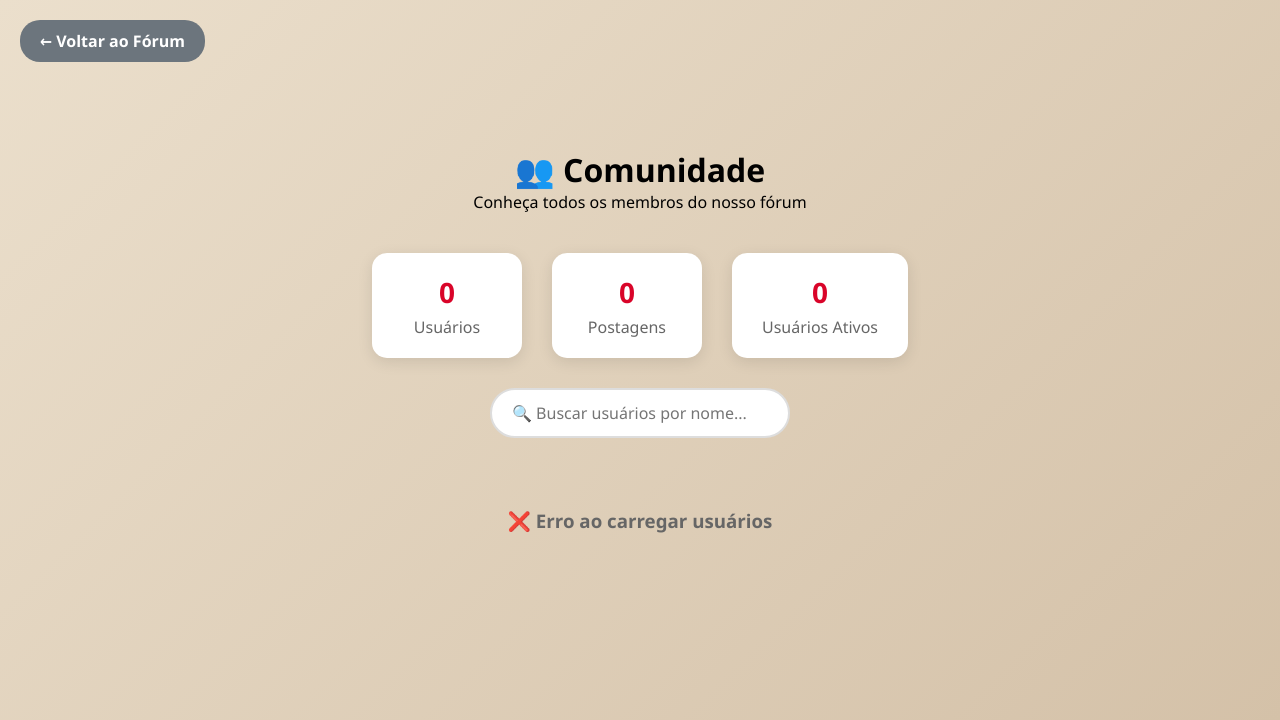
Repository: annaluizapm/MicroMidia
Page: front/HTML/usuarios.html
The author's editor kept a copy of each file at every save. The page is drawn from the files as they stood at one save, then again after the next save.
The browser window is 1280 px wide. The pictures show the whole page.
The page's requests for data from a server got no answer.

Above is the page before, as saved 2025-08-16 00:29:02.

After the next save:
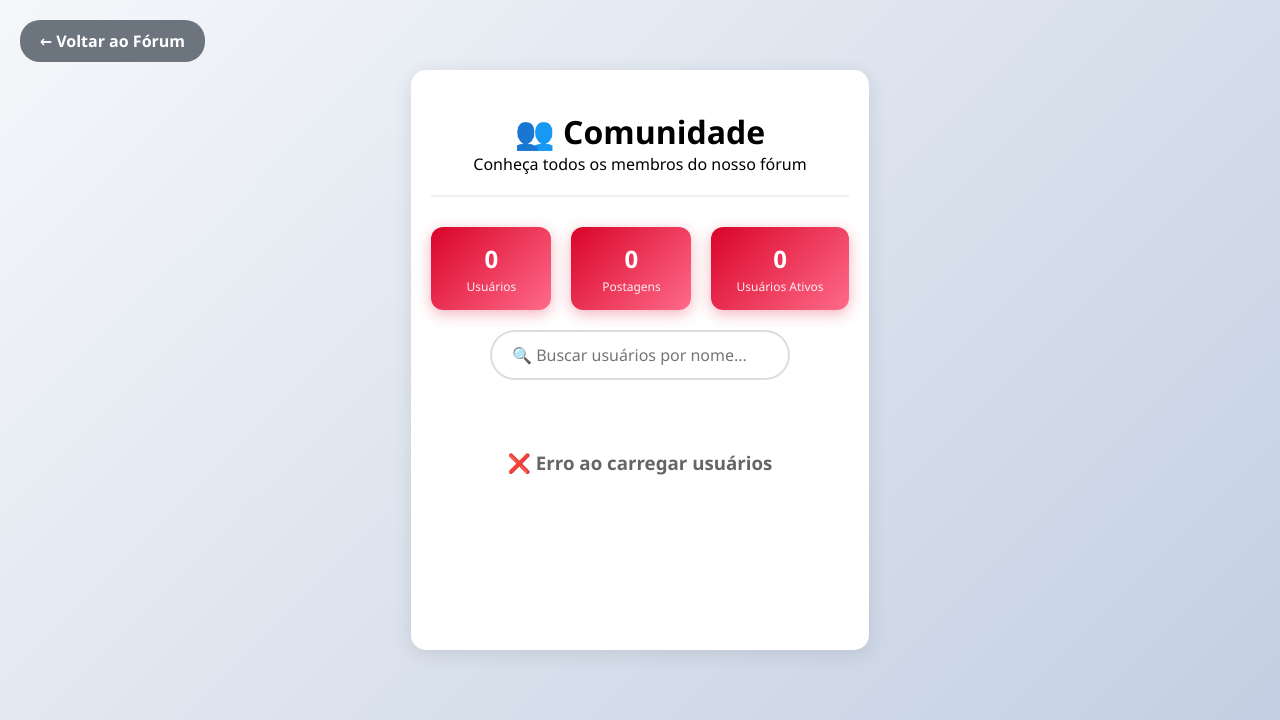
Saved 10 min 21 s later.
--- a/front/HTML/usuarios.html
+++ b/front/HTML/usuarios.html
@@ -6,48 +6,91 @@
     <title>Usuários - Micro Mídia</title>
     <link rel="stylesheet" href="../CSS/style.css">
     <style>
+        body {
+            margin: 0;
+            padding: 0;
+            background: linear-gradient(135deg, #f5f7fa 0%, #c3cfe2 100%);
+            min-height: 100vh;
+        }
+
         .usuarios-container {
-            max-width: 1000px;
-            margin: 40px auto;
+            max-width: 1200px;
+            margin: 20px auto;
             padding: 20px;
+            height: calc(100vh - 140px);
+            overflow-y: auto;
+            background: white;
+            border-radius: 15px;
+            box-shadow: 0 4px 20px rgba(0,0,0,0.1);
         }
 
         .usuarios-header {
             text-align: center;
-            margin-bottom: 40px;
+            margin-bottom: 30px;
+            position: sticky;
+            top: 0;
+            background: white;
+            z-index: 10;
+            padding: 20px 0;
+            border-bottom: 2px solid #f0f0f0;
         }
 
         .usuarios-stats {
             display: flex;
             justify-content: center;
-            gap: 30px;
-            margin-bottom: 30px;
+            gap: 20px;
+            margin-bottom: 20px;
             flex-wrap: wrap;
         }
 
         .stat-card {
-            background: white;
-            padding: 20px 30px;
-            border-radius: 15px;
-            box-shadow: 0 4px 15px rgba(0,0,0,0.1);
+            background: linear-gradient(135deg, #D90429, #ff6b8a);
+            color: white;
+            padding: 15px 25px;
+            border-radius: 12px;
+            box-shadow: 0 4px 15px rgba(217, 4, 41, 0.3);
             text-align: center;
-            min-width: 150px;
+            min-width: 120px;
         }
 
         .stat-number {
-            font-size: 28px;
+            font-size: 24px;
             font-weight: bold;
-            color: #D90429;
         }
 
         .stat-label {
-            color: #666;
-            margin-top: 5px;
+            font-size: 12px;
+            margin-top: 3px;
+            opacity: 0.9;
+        }
+
+        .search-container {
+            max-width: 400px;
+            margin: 0 auto 30px;
+            position: relative;
+        }
+
+        .search-input {
+            width: 100%;
+            padding: 12px 20px;
+            border: 2px solid #ddd;
+            border-radius: 25px;
+            font-size: 16px;
+            outline: none;
+            transition: all 0.3s ease;
+        }
+
+        .search-input:focus {
+            border-color: #D90429;
+            box-shadow: 0 0 0 3px rgba(217, 4, 41, 0.1);
         }
 
         .usuarios-grid {
             display: grid;
-            grid-template-columns: repeat(auto-fill, minmax(300px, 1fr));
+            grid-template-columns: repeat(auto-fill, minmax(280px, 1fr));
+            gap: 20px;
+            padding-bottom: 20px;
+        }
             gap: 20px;
         }
 
